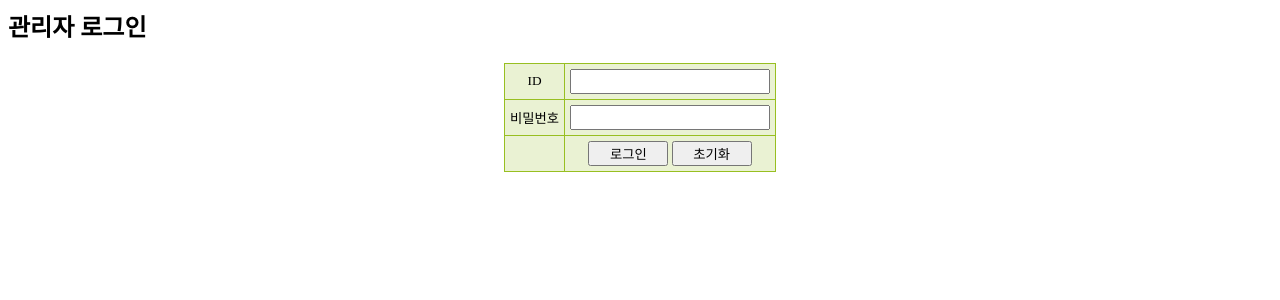
Repository: lmcoa15/Movie
Page: http://localhost/movie/admin/admin_login.jsp
These files come from the project's save history. The page is drawn as it stood at one moment and after the next save; the edit follows.
The browser window is 1280 px wide. The pictures show the whole page.
The page is served by Tomcat 9.

Above is the page before, as saved 2015-12-05 19:39:54.

After the next save:
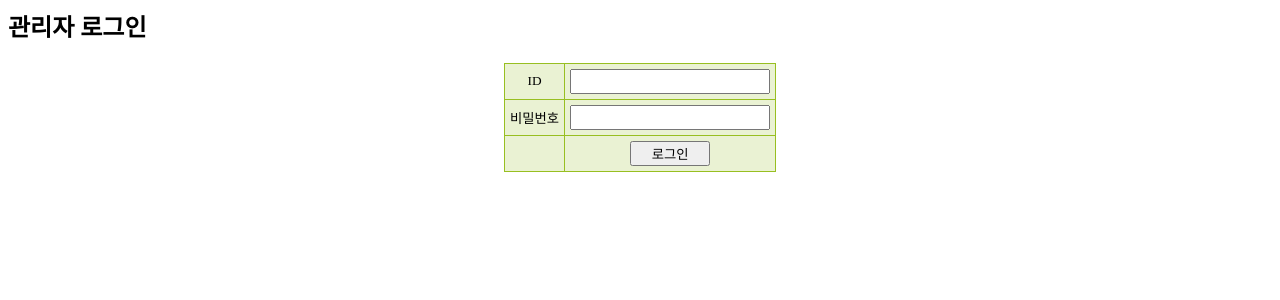
Saved 21 s later.
--- a/workspace/movie/WebContent/admin/admin_login.jsp
+++ b/workspace/movie/WebContent/admin/admin_login.jsp
@@ -15,18 +15,17 @@
 
 	<tr>
 		<td>ID</td>
-		<td><input type="text" name="user_id" size=10></td>
+		<td><input type="text" name="admin_id" size=10></td>
 	</tr>
 
 	<tr>
 		<td>비밀번호</td>
-		<td><input type="password" name="user_password" size=10></td>
+		<td><input type="password" name="admin_password" size=10></td>
 	</tr>
 
 	<tr>
 		<td></td>
-		<td><input type="button" name="login_button" value="로그인" size=1>
-			<input type="button" name="initialization_button" value="초기화" size=1>
+		<td><input type="button" name="login_button" value="로그인" size=2>
 		</td>
 	</tr>
 </table>
